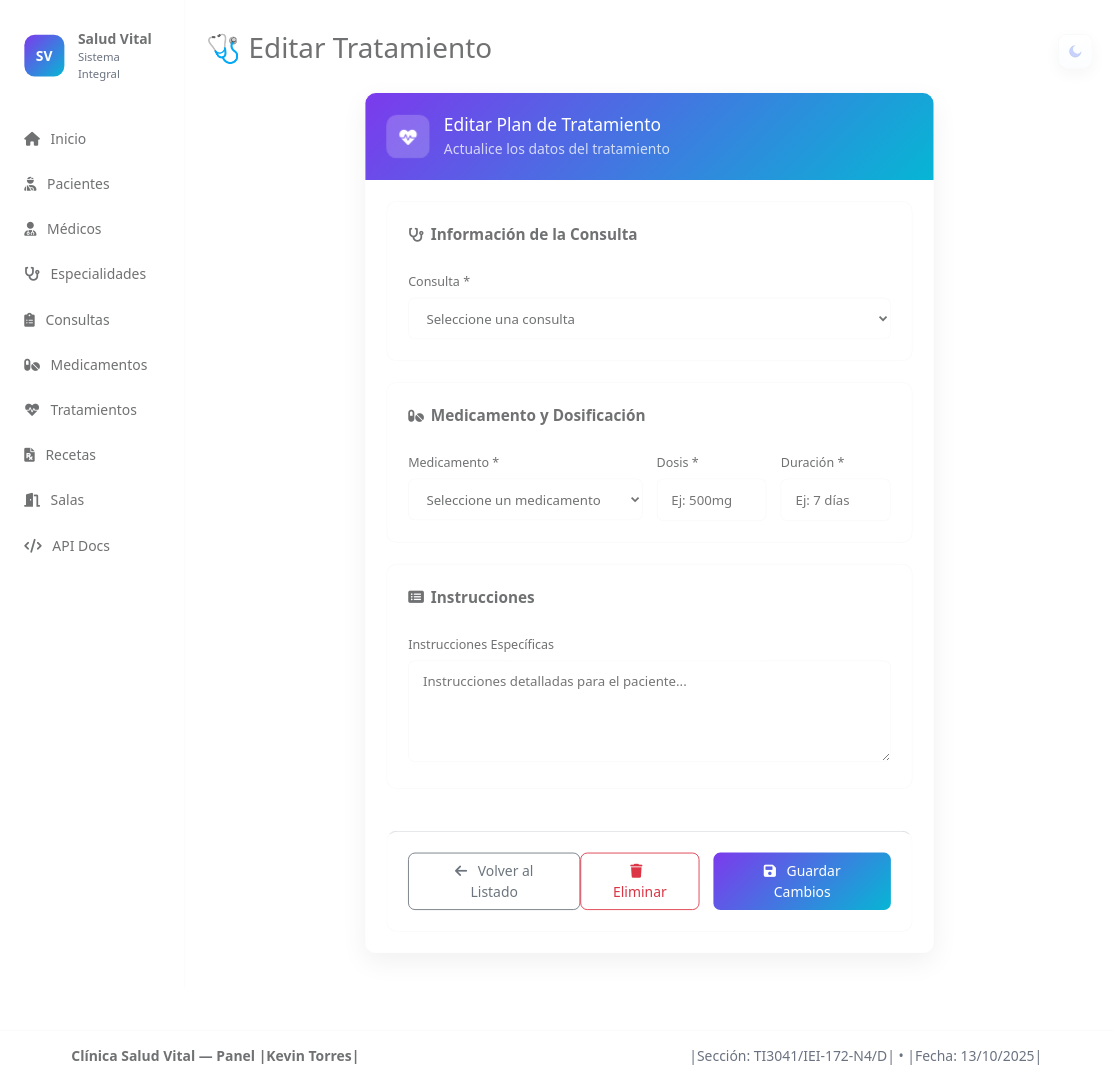
Repository: KeviNozh/eva2_clinica
Page: templates/editar_tratamiento.html
The author's editor kept a copy of each file at every save. The page is drawn from the files as they stood at one save, then again after the next save.
The browser window is 1280 px wide. The pictures show the whole page, at 87% of full size.
The template is drawn by Django 5.2. The application's start-up code is not run. Other server files are loaded and not shown. The template is opened directly, without the code that normally fills it, so the values that code supplies are empty.

Above is the page before, as saved 2025-10-15 22:02:07.

### templates/editar_tratamiento.html
{% extends 'base.html' %}

{% block title %}Editar Tratamiento - Salud Vital{% endblock %}
{% block page_title %}🩺 Editar Tratamiento{% endblock %}

{% block content %}
<div class="container">
    <div class="row justify-content-center">
        <div class="col-lg-10 col-xl-8">
            <div class="card-custom">
                <div class="card-header" style="background: var(--accent-1); color: white; border-radius: var(--radius) var(--radius) 0 0; padding: 1.5rem;">
                    <div class="d-flex align-items-center">
                        <div class="icon-circle me-3" style="width: 50px; height: 50px; background: rgba(255,255,255,0.2); border-radius: 12px; display: flex; align-items: center; justify-content: center;">
                            <i class="fas fa-heartbeat fa-lg"></i>
                        </div>
                        <div>
                            <h5 class="mb-1">Editar Plan de Tratamiento</h5>
                            <p class="mb-0 opacity-75">Actualice los datos del tratamiento</p>
                        </div>
                    </div>
                </div>

                <div class="card-body p-4">
                    <!-- Mensajes -->
                    {% if messages %}
                        {% for message in messages %}
                            <div class="alert alert-{{ message.tags }} alert-dismissible fade show" role="alert">
                                {{ message }}
                                <button type="button" class="btn-close" data-bs-dismiss="alert"></button>
                            </div>
                        {% endfor %}
                    {% endif %}

                    <form method="post">
                        {% csrf_token %}

                        <!-- Información de la Consulta -->
                        <div class="form-section mb-4">
                            <div class="section-header mb-3">
                                <i class="fas fa-stethoscope me-2"></i>
                                <span class="section-title">Información de la Consulta</span>
                            </div>
                            <div class="row g-3">
                                <div class="col-12">
                                    <div class="form-group">
                                        <label class="form-label">Consulta *</label>
                                        <select class="form-select-custom" name="consulta" required>
                                            <option value="">Seleccione una consulta</option>
                                            {% for consulta in consultas %}
                                            <option value="{{ consulta.id }}"
                                                    {% if tratamiento.consulta.id == consulta.id %}selected{% endif %}>
                                                {{ consulta.paciente.nombre }} {{ consulta.paciente.apellido }} -
                                                Dr. {{ consulta.medico.user.first_name }} -
                                                {{ consulta.fecha|date:"d/m/Y" }}
                                            </option>
                                            {% endfor %}
                                        </select>
                                    </div>
                                </div>
                            </div>
                        </div>

                        <!-- Medicamento y Dosificación -->
                        <div class="form-section mb-4">
                            <div class="section-header mb-3">
                                <i class="fas fa-pills me-2"></i>
                                <span class="section-title">Medicamento y Dosificación</span>
                            </div>
                            <div class="row g-3">
                                <div class="col-md-6">
                                    <div class="form-group">
                                        <label class="form-label">Medicamento *</label>
                                        <select class="form-select-custom" name="medicamento" required>
                                            <option value="">Seleccione un medicamento</option>
                                            {% for medicamento in medicamentos %}
                                            <option value="{{ medicamento.nombre }}"
                                                    {% if tratamiento.medicamento == medicamento.nombre %}selected{% endif %}>
                                                {{ medicamento.nombre }} - {{ medicamento.laboratorio|default:"Sin laboratorio" }}
                                            </option>
                                            {% endfor %}
                                        </select>
                                    </div>
                                </div>
                                <div class="col-md-3">
                                    <div class="form-group">
                                        <label class="form-label">Dosis *</label>
                                        <input type="text" class="form-control-custom" name="dosis"
                                               value="{{ tratamiento.dosis|default:'' }}" required
                                               placeholder="Ej: 500mg">
                                    </div>
                                </div>
                                <div class="col-md-3">
                                    <div class="form-group">
                                        <label class="form-label">Duración *</label>
                                        <input type="text" class="form-control-custom" name="duracion"
                                               value="{{ tratamiento.duracion|default:'' }}" required
                                               placeholder="Ej: 7 días">
                                    </div>
                                </div>
                            </div>
                        </div>

                        <!-- Instrucciones -->
                        <div class="form-section mb-4">
                            <div class="section-header mb-3">
                                <i class="fas fa-list-alt me-2"></i>
                                <span class="section-title">Instrucciones</span>
                            </div>
                            <div class="row">
                                <div class="col-12">
                                    <div class="form-group">
                                        <label class="form-label">Instrucciones Específicas</label>
                                        <textarea class="form-control-custom" name="instrucciones" rows="4"
                                                  placeholder="Instrucciones detalladas para el paciente...">{{ tratamiento.instrucciones|default:'' }}</textarea>
                                    </div>
                                </div>
                            </div>
                        </div>

                        <!-- Botones de Acción -->
                        <div class="form-actions mt-5 pt-4 border-top">
                            <div class="d-flex justify-content-between align-items-center">
                                <a href="{% url 'crud:crud_tratamientos' %}" class="btn btn-outline-secondary px-4 py-2">
                                    <i class="fas fa-arrow-left me-2"></i> Volver al Listado
                                </a>
                                <div class="d-flex gap-3">
                                    <a href="{% url 'crud:eliminar_tratamiento' tratamiento.id %}" class="btn btn-outline-danger px-4 py-2">
                                        <i class="fas fa-trash me-2"></i> Eliminar
                                    </a>
                                    <button type="submit" class="btn btn-primary-custom px-4 py-2">
                                        <i class="fas fa-save me-2"></i> Guardar Cambios
                                    </button>
                                </div>
                            </div>
                        </div>
                    </form>
                </div>
            </div>
        </div>
    </div>
</div>

<style>
.form-section {
    padding: 1.5rem;
    background: var(--card);
    border-radius: var(--radius);
    border: 1px solid var(--glass);
    margin-bottom: 1.5rem;
}

.section-header {
    display: flex;
    align-items: center;
    padding-bottom: 0.75rem;
    border-bottom: 2px solid var(--accent-1);
}

.section-title {
    font-weight: 600;
    font-size: 1.1rem;
    color: var(--text);
}

.form-group {
    margin-bottom: 0;
}

.form-label {
    font-weight: 500;
    margin-bottom: 0.5rem;
    color: var(--text);
    font-size: 0.9rem;
}

.form-control-custom, .form-select-custom {
    border-radius: 8px;
    padding: 0.75rem 1rem;
    font-size: 0.95rem;
    border: 1px solid var(--glass);
    background: var(--bg);
    color: var(--text);
    transition: all 0.3s ease;
    width: 100%;
}

.form-control-custom:focus, .form-select-custom:focus {
    border-color: #7c3aed;
    box-shadow: 0 0 0 0.2rem rgba(124, 58, 237, 0.15);
    background: var(--card);
}

.form-actions {
    background: var(--card);
    padding: 1.5rem;
    border-radius: var(--radius);
    border: 1px solid var(--glass);
}

.card-header {
    border: none;
}

.btn {
    border-radius: 8px;
    font-weight: 500;
    transition: all 0.3s ease;
}

.btn-primary-custom {
    background: var(--accent-1);
    border: none;
    color: white;
}

.btn-primary-custom:hover {
    transform: translateY(-2px);
    box-shadow: 0 4px 12px rgba(124, 58, 237, 0.3);
}

.icon-circle {
    backdrop-filter: blur(10px);
}
</style>
{% endblock %}

Loaded but not shown: templates/base.html (345 lines, source omitted)

After the next save:
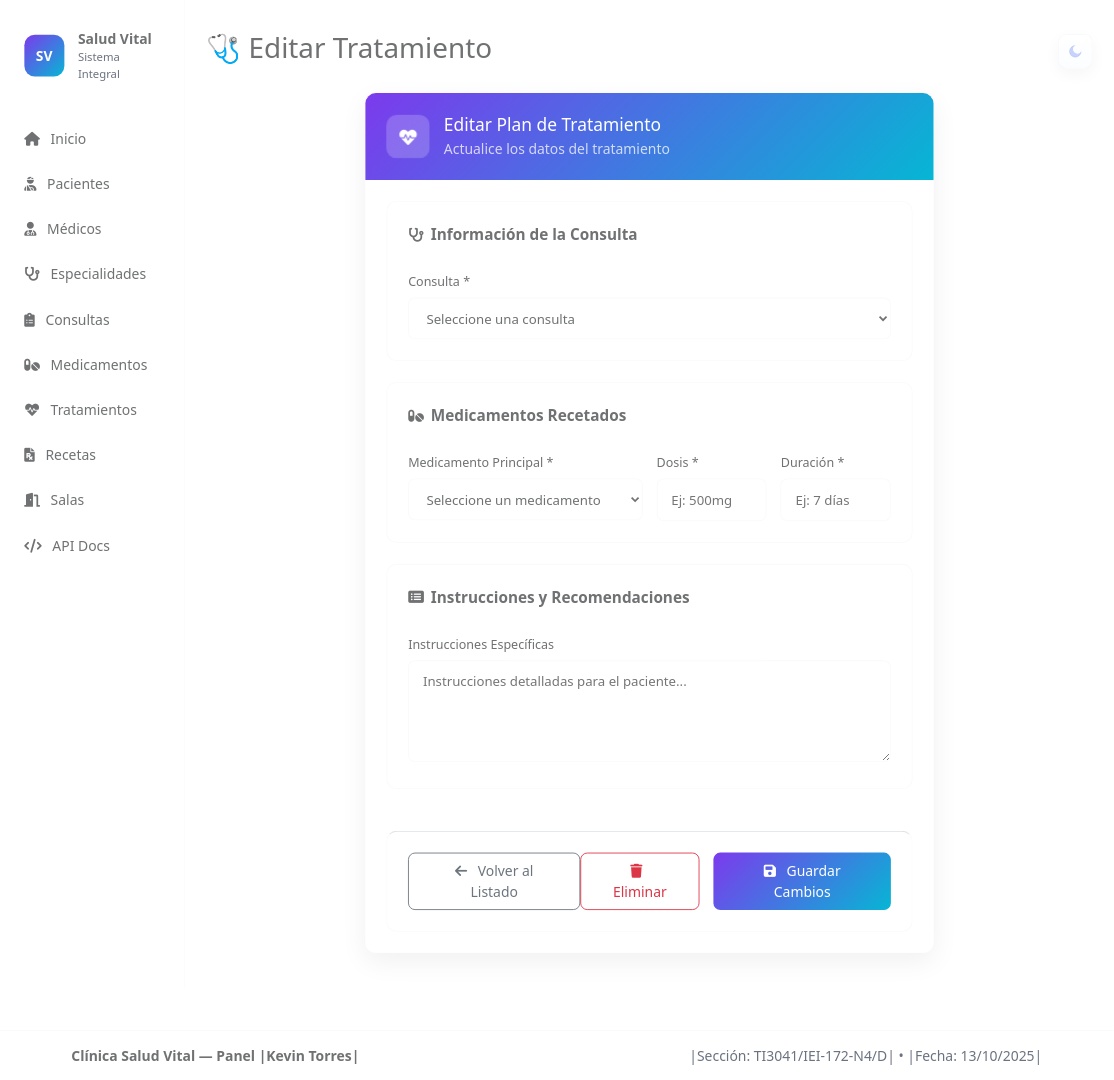
Saved 2 min 20 s later.
--- a/templates/editar_tratamiento.html
+++ b/templates/editar_tratamiento.html
@@ -60,16 +60,16 @@
                             </div>
                         </div>
 
-                        <!-- Medicamento y Dosificación -->
+                        <!-- Medicamentos - SECCIÓN CORREGIDA -->
                         <div class="form-section mb-4">
                             <div class="section-header mb-3">
                                 <i class="fas fa-pills me-2"></i>
-                                <span class="section-title">Medicamento y Dosificación</span>
+                                <span class="section-title">Medicamentos Recetados</span>
                             </div>
                             <div class="row g-3">
                                 <div class="col-md-6">
                                     <div class="form-group">
-                                        <label class="form-label">Medicamento *</label>
+                                        <label class="form-label">Medicamento Principal *</label>
                                         <select class="form-select-custom" name="medicamento" required>
                                             <option value="">Seleccione un medicamento</option>
                                             {% for medicamento in medicamentos %}
@@ -100,13 +100,13 @@
                             </div>
                         </div>
 
-                        <!-- Instrucciones -->
+                        <!-- Instrucciones y Recomendaciones -->
                         <div class="form-section mb-4">
                             <div class="section-header mb-3">
                                 <i class="fas fa-list-alt me-2"></i>
-                                <span class="section-title">Instrucciones</span>
-                            </div>
-                            <div class="row">
+                                <span class="section-title">Instrucciones y Recomendaciones</span>
+                            </div>
+                            <div class="row g-3">
                                 <div class="col-12">
                                     <div class="form-group">
                                         <label class="form-label">Instrucciones Específicas</label>
